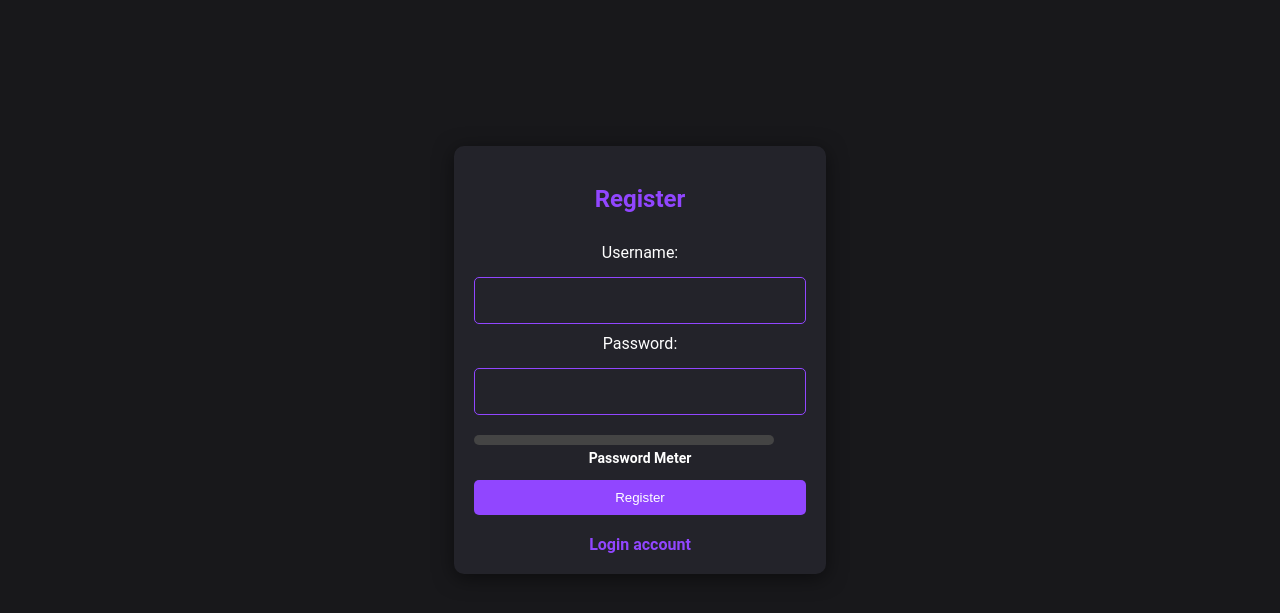
Repository: wolvicjohn/argon2
Page: http://localhost/register.php
These files come from the project's save history. The page is drawn as it stood at one moment and after the next save; the edit follows.
The browser window is 1280 px wide. The pictures show the whole page.
The page is run by PHP 8.4 with error messages shown; the project is at /var/www/html/.

Above is the page before, as saved 2024-10-18 02:20:07.

After the next save:
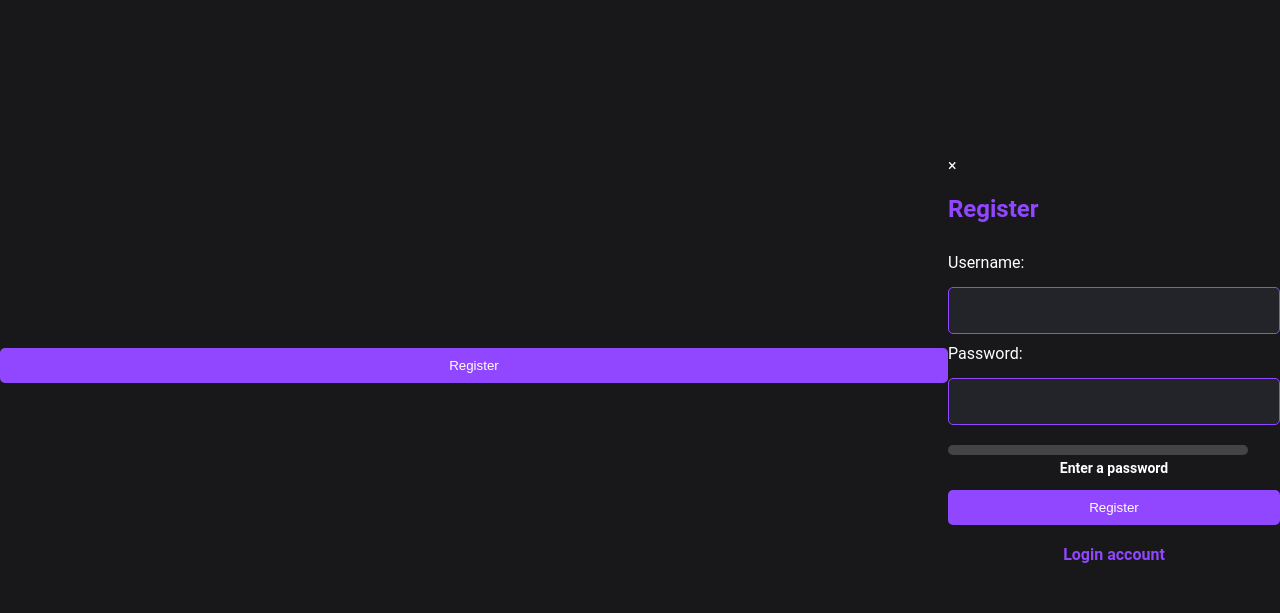
Saved 3 min 2 s later.
--- a/register.php
+++ b/register.php
@@ -20,7 +20,7 @@ if ($_SERVER['REQUEST_METHOD'] === 'POST') {
     $stmt = $pdo->prepare('INSERT INTO users (username, password_hash) VALUES (?, ?)');
     $stmt->execute([$username, $passwordHash]);
 
-    echo "User registered successfully!";
+    echo "<script>alert('User registered successfully!');</script>";
 }
 ?>
 <!DOCTYPE html>
@@ -33,23 +33,28 @@ if ($_SERVER['REQUEST_METHOD'] === 'POST') {
 </head>
 
 <body>
-    <div class="container"> <!-- Container for centering -->
-        <h2>Register</h2>
-        <form action="register.php" method="POST">
-            <label for="username">Username:</label>
-            <input type="text" name="username" id="username" required>
+    <button id="openModal">Register</button> <!-- Button to open the modal -->
 
-            <label for="password">Password:</label>
-            <input type="password" name="password" id="password" required>
+    <div id="modal" class="modal"> <!-- Modal structure -->
+        <div class="modal-content">
+            <span class="close">&times;</span> <!-- Close button -->
+            <h2>Register</h2>
+            <form action="register.php" method="POST">
+                <label for="username">Username:</label>
+                <input type="text" name="username" id="username" required>
 
-            <div class="password-strength">
-                <div class="strength-bar" id="strength-bar"></div>
-            </div>
-            <p class="message" id="strength-text">Password Meter</p>
+                <label for="password">Password:</label>
+                <input type="password" name="password" id="password" required>
 
-            <button type="submit">Register</button>
-            <a href="login.php">Login account</a>
-        </form>
+                <div class="password-strength">
+                    <div class="strength-bar" id="strength-bar"></div>
+                </div>
+                <p class="message" id="strength-text">Enter a password</p>
+
+                <button type="submit">Register</button>
+                <a href="login.php">Login account</a>
+            </form>
+        </div>
     </div>
 
     <script src="script.js"></script> <!-- Link to external JS -->
